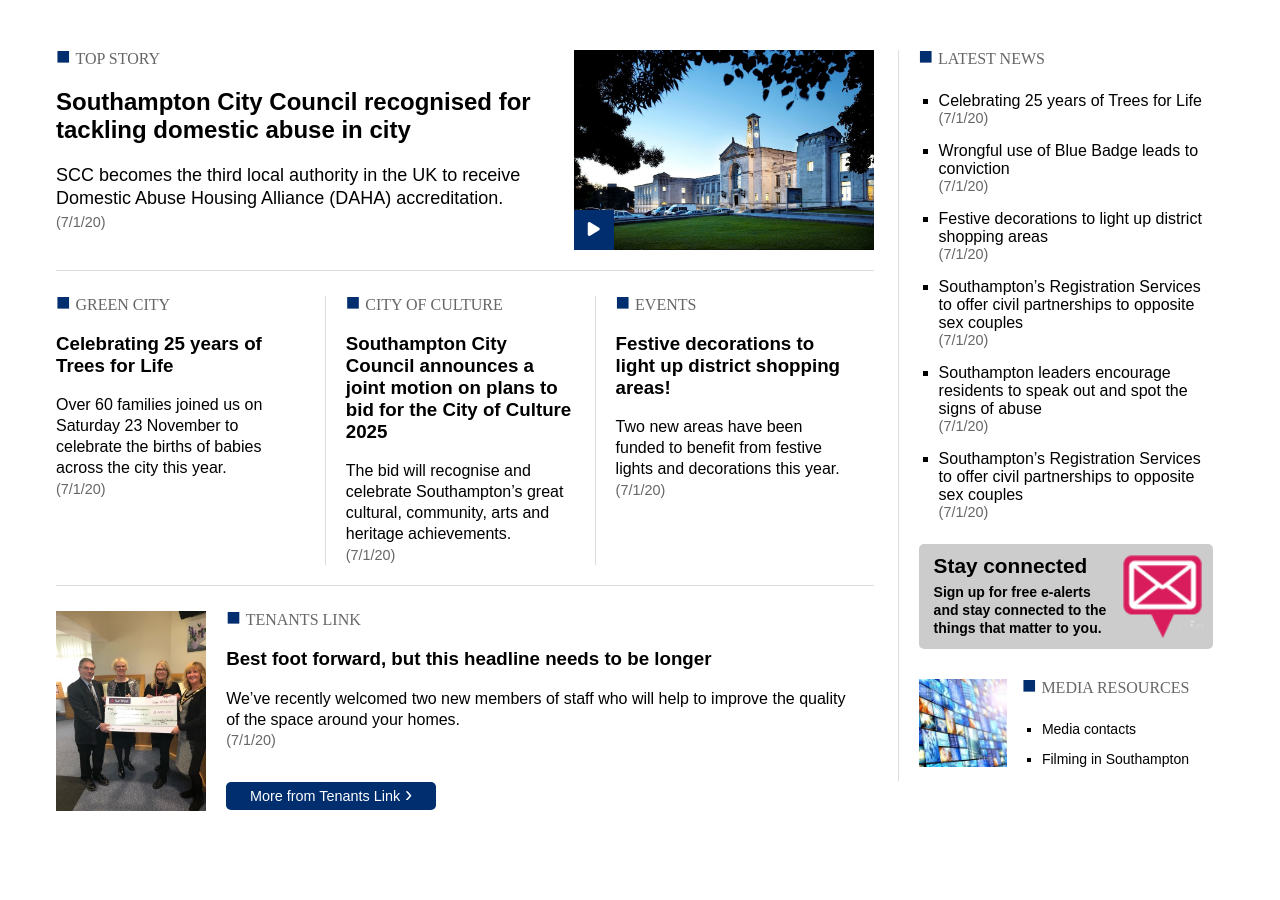
Repository: Domehead123/newspage
Page: index7.html
The author's editor kept a record of every edit. The page is drawn from the files as they stood at one moment, then again after the next edit.
The browser window is 1280 px wide. The pictures show the whole page.
Some web libraries are served in a nearby version.

Above is the page before.

After the next edit:
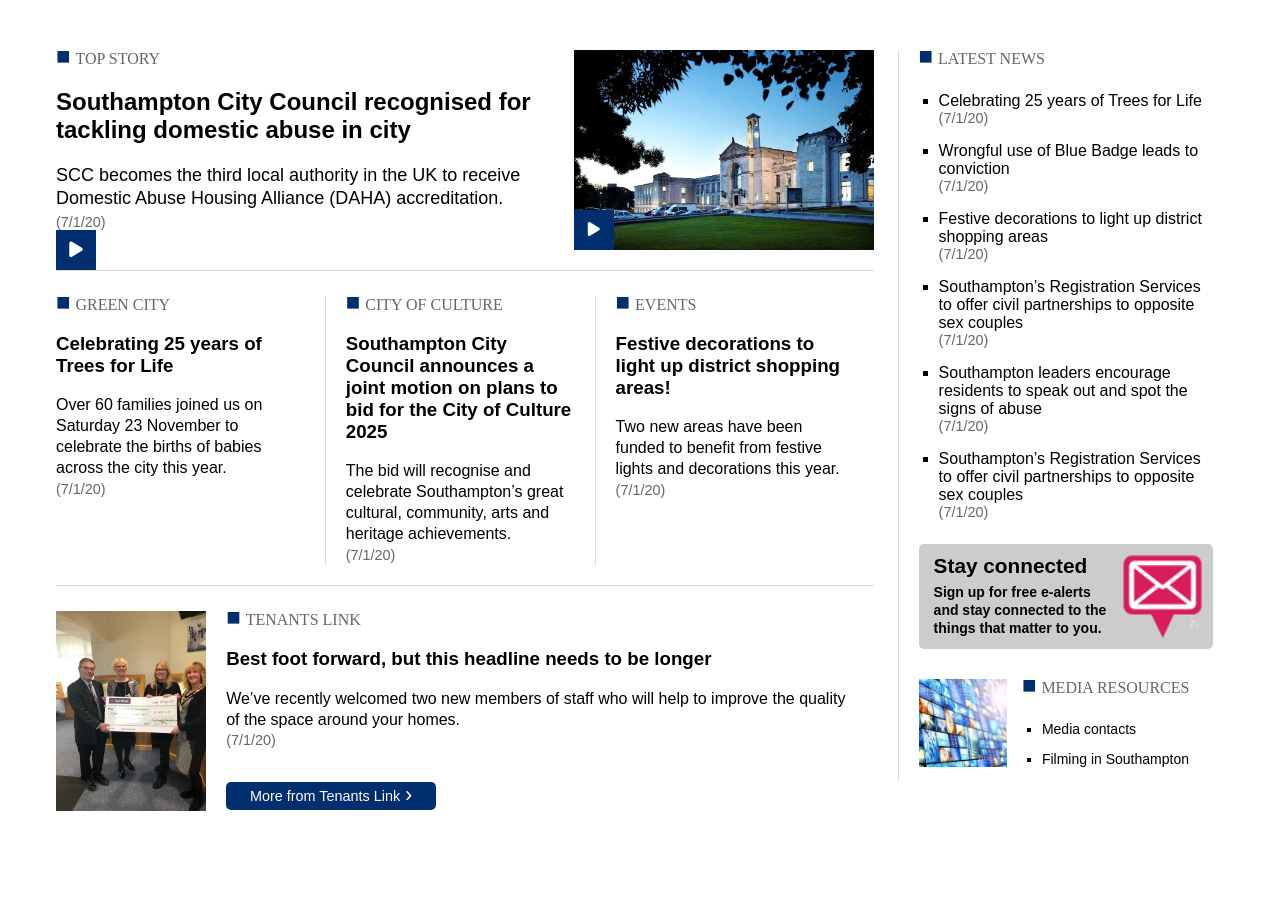
The edit:
--- a/index7.html
+++ b/index7.html
@@ -27,7 +27,7 @@
                     <h2><a href="#">
 
 Southampton City Council recognised for tackling domestic abuse in city</a></h2>
-                    <p><a href="#"><img class="top-small-pic" src="images/civic-centre-2.jpg">SCC becomes the third local authority in the UK to receive Domestic Abuse Housing Alliance (DAHA) accreditation. <span class="date">(7/1/20)</a></p>
+                    <p><a href="#"><span class="small-image-wrapper"><img class="top-small-pic" src="images/civic-centre-2.jpg"><span class="play"><i class="fas fa-play"></i></span></span>SCC becomes the third local authority in the UK to receive Domestic Abuse Housing Alliance (DAHA) accreditation. <span class="date">(7/1/20)</a></p>
 
                 </div>
             </div>
